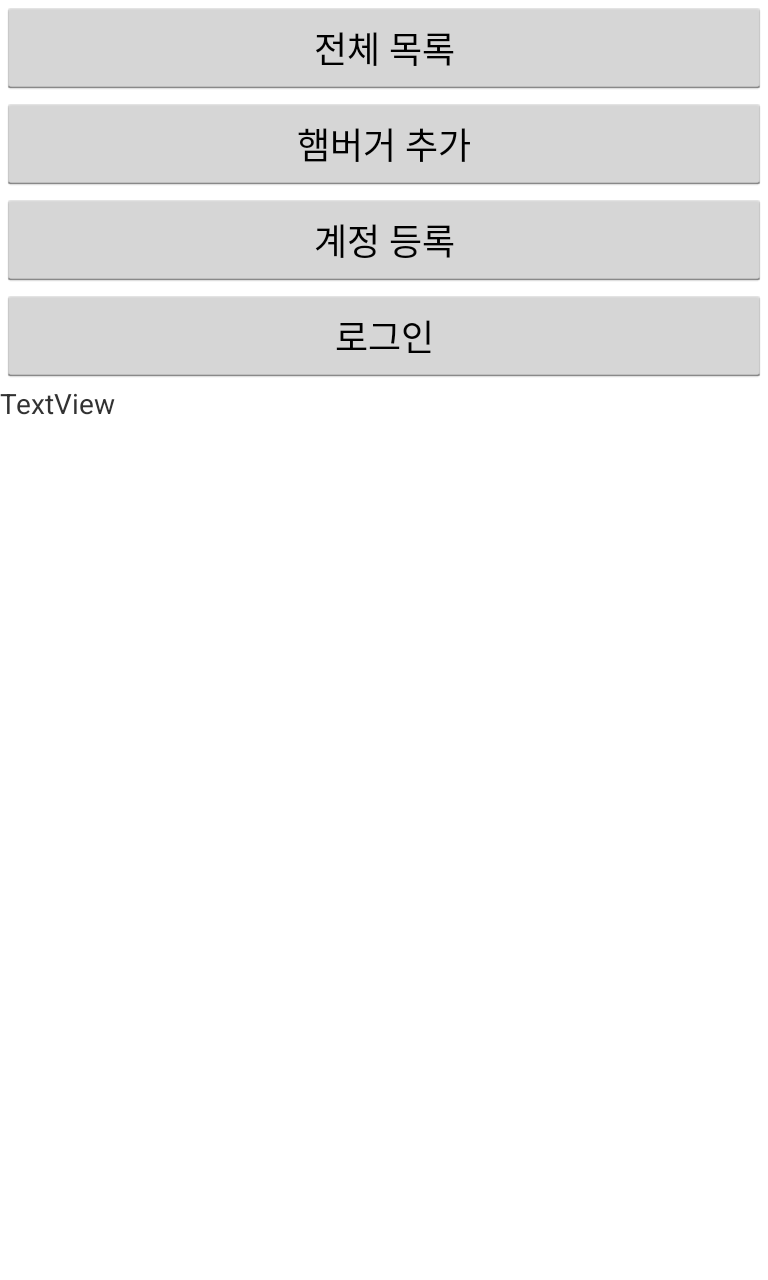
Repository: OnionLord/BurgerWIKI
Layout: burgerDicApp/BurgerDictionary/res/layout/burgermainlogin.xml
An editor plug-in stored every save of this project. The layout is shown before and after the next save, followed by the edit.
It is drawn on a 768 x 1280 px phone screen (xhdpi) without system bars, with theme AppTheme; the app's code is not run.

Above is the layout before, as saved 2014-11-06 13:48:51.

After the next save:
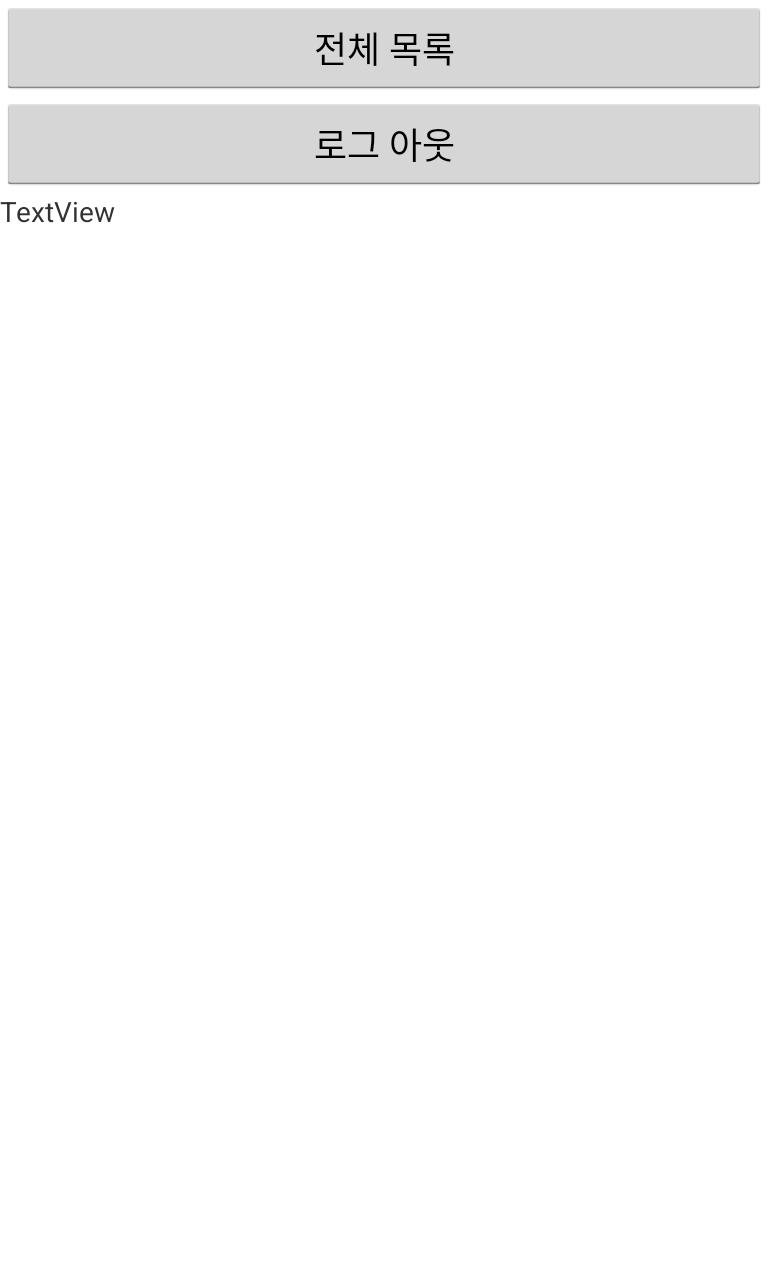
Saved 25 s later.
--- a/burgerDicApp/BurgerDictionary/res/layout/burgermainlogin.xml
+++ b/burgerDicApp/BurgerDictionary/res/layout/burgermainlogin.xml
@@ -4,33 +4,21 @@
     android:orientation="vertical" >
 
     <Button
-        android:id="@+id/main_btn1"
+        android:id="@+id/main1_btn1"
         android:layout_width="fill_parent"
         android:layout_height="wrap_content"
         android:onClick="onClickButton"
         android:text="전체 목록" />
 
     <Button
-        android:id="@+id/main_btn2"
+        android:id="@+id/main1_btn4"
         android:layout_width="fill_parent"
         android:layout_height="wrap_content"
         android:onClick="onClickButton"
-        android:text="햄버거 추가" />
-    <Button
-        android:id="@+id/main_btn3"
-        android:layout_width="fill_parent"
-        android:layout_height="wrap_content"
-        android:onClick="onClickButton"
-        android:text="계정 등록" />
-    <Button
-        android:id="@+id/main_btn4"
-        android:layout_width="fill_parent"
-        android:layout_height="wrap_content"
-        android:onClick="onClickButton"
-        android:text="로그인" />
+        android:text="로그 아웃" />
 
     <TextView
-        android:id="@+id/main_test"
+        android:id="@+id/main1_test"
         android:layout_width="wrap_content"
         android:layout_height="wrap_content"
         android:text="TextView" />
